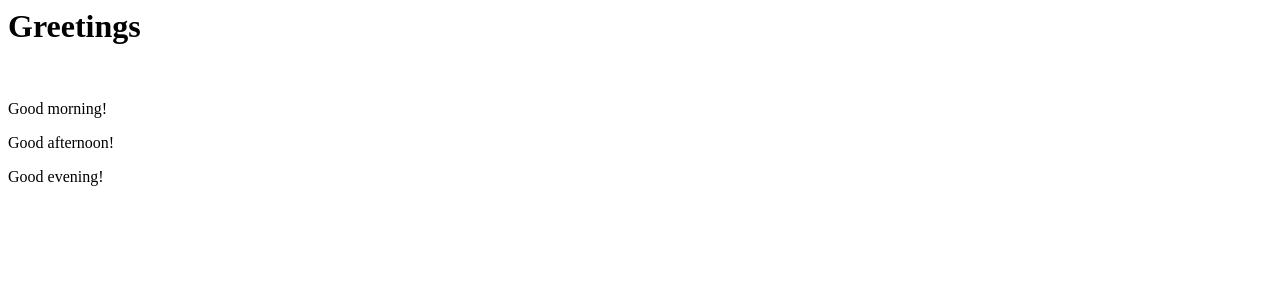
Repository: soydaizu/yamada-git1
Page: Folder_for_Exam/greeting.html
The author's editor kept a record of every edit. The page is drawn from the files as they stood at one moment, then again after the next edit.
The browser window is 1280 px wide. The pictures show the whole page.

Above is the page before.

### Folder_for_Exam/greeting.html
<html lang="ja">
    <head>
        <meta charset="UTF-8">
        <title>Greetings</title>
         <link rel="stylesheet" href="greeting.css">
    </head>
<body>
<h1>Greetings</h1>
<br>
  <div id = "greetings">
    <p id = "morning">
    Good morning!
    </p>
    <p id = "afternoon">
    Good afternoon!
    </p>
    <p id = "evening">
    Good evening!
    </p>
  </div>
</body>

### Folder_for_Exam/greeting.css
#greetings .morning {
  color: green;
}
#greetings .afternoon {
  color: red;
}
#greetings .evening {
  color: blue;
}

After the next edit:
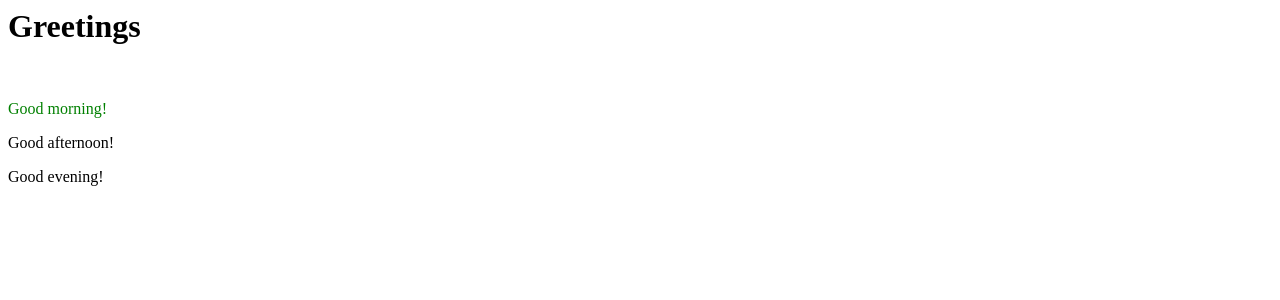
The edit:
--- a/Folder_for_Exam/greeting.html
+++ b/Folder_for_Exam/greeting.html
@@ -8,7 +8,7 @@
 <h1>Greetings</h1>
 <br>
   <div id = "greetings">
-    <p id = "morning">
+    <p class = "morning">
     Good morning!
     </p>
     <p id = "afternoon">
